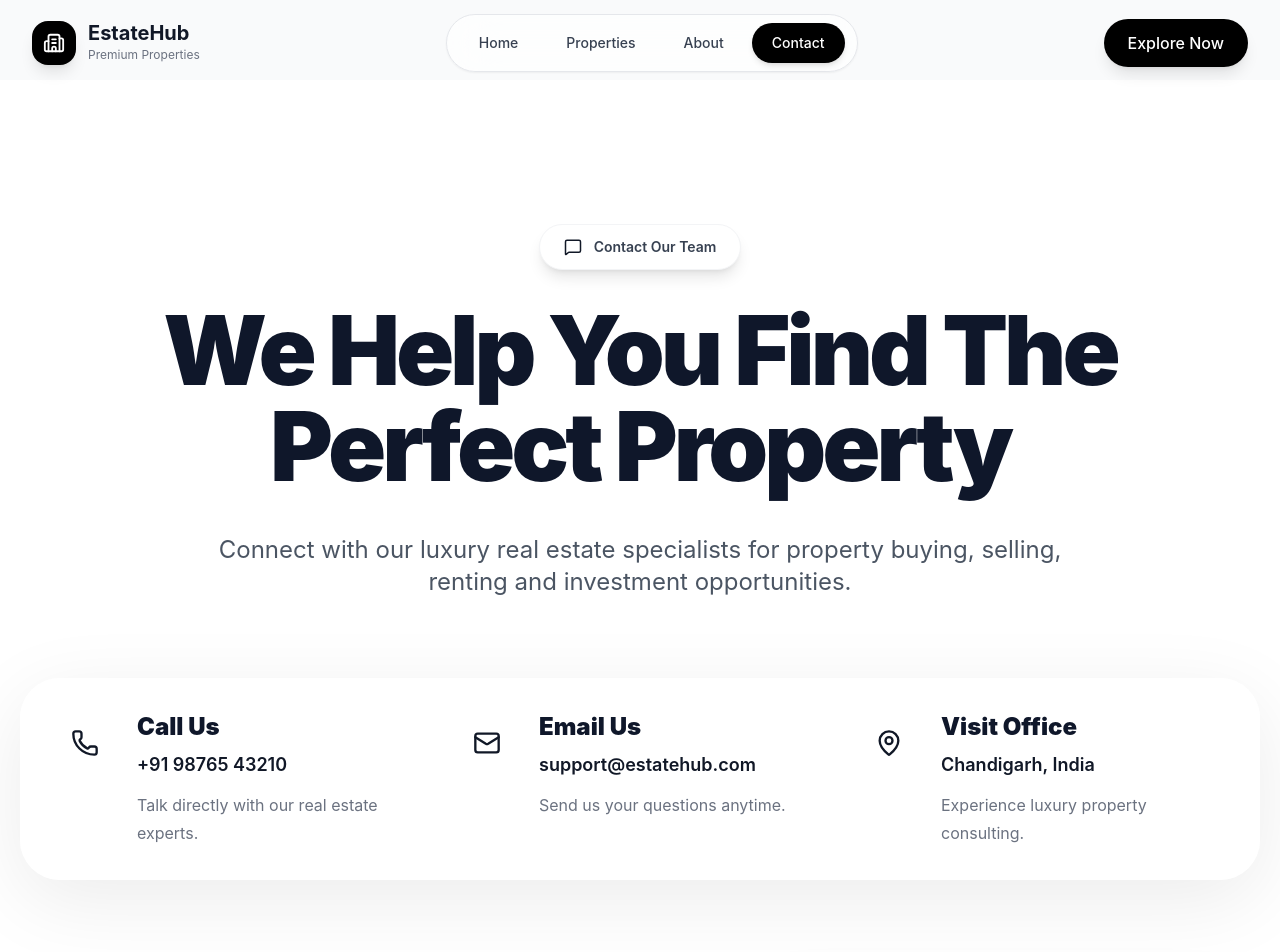
Repository: azoratech1/Real-Estate-Project
Page: /contact (app in website/)
An editor plug-in stored every save of this project. The page is shown before and after the next save, followed by the edit.
The browser window is 1280 px wide. The pictures show the part of the page from y = 0 to 952 px (the page is 3723 px tall before and 3643 px after).
Pictures or frames that could not be fetched are drawn as grey boxes. The project was rebuilt for these pictures with package versions that can differ from the ones it lists, and the page was loaded fresh each time. Also part of the build but not shown: website/vite.config.js, website/src/services/api.js, website/src/components/home/HomeSearch.jsx, website/src/components/home/HeroSection.jsx, website/src/components/property/PropertyCard.jsx, website/src/components/common/Loader.jsx, website/src/components/common/EmptyState.jsx, website/src/components/home/FeaturedProperties.jsx and 6 more.

Above is the page before, as saved 2026-05-13 21:39:14.

### website/index.html
<!DOCTYPE html>
<html lang="en">
  <head>
    <meta charset="UTF-8" />
    <meta name="viewport" content="width=device-width, initial-scale=1.0" />
    <title>React + Vite + Tailwind</title>
  </head>
  <body>
    <div id="root"></div>
    <script type="module" src="/src/main.jsx"></script>
  </body>
</html>

### website/src/pages/Contact.jsx
import {
  Mail,
  Phone,
  MapPin,
  Send,
  ArrowRight,
  MessageSquare,
  Headphones,
  Building2,
  Globe2
} from "lucide-react";

import {
  motion
} from "framer-motion";

import {
  useState
} from "react";

import MainLayout
  from "../components/layout/MainLayout";

function ContactPage() {

  /*
  =====================================
  STATES
  =====================================
  */

  const [formData, setFormData] =
    useState({

      name: "",

      email: "",

      phone: "",

      message: ""
    });

  /*
  =====================================
  HANDLE CHANGE
  =====================================
  */

  const handleChange =
    (e) => {

      setFormData({

        ...formData,

        [e.target.name]:
          e.target.value
      });
    };

  /*
  =====================================
  SUBMIT
  =====================================
  */

  const handleSubmit =
    (e) => {

      e.preventDefault();

      console.log(formData);
    };

  /*
  =====================================
  CONTACT CARDS
  =====================================
  */

  const cards = [

    {
      icon: Phone,
      title: "Call Us",
      value: "+91 98765 43210",
      desc:
        "Talk directly with our real estate experts."
    },

    {
      icon: Mail,
      title: "Email Us",
      value: "support@estatehub.com",
      desc:
        "Send us your questions anytime."
    },

    {
      icon: MapPin,
      title: "Visit Office",
      value: "Chandigarh, India",
      desc:
        "Experience luxury property consulting."
    }
  ];

  return (

    <MainLayout>

      <div
        className="
          bg-[#f8fafc]
          overflow-hidden
        "
      >

        {/* HERO */}

        <section
          className="
            relative
            overflow-hidden
            bg-white
          "
        >

          {/* TOP GRADIENT */}

          <div
            className="
              absolute
              top-0
              left-0
              right-0
              h-[500px]
              bg-gradient-to-br
              from-primary/10
              via-blue-500/5
              to-transparent
            "
          />

          {/* BLUR */}

          <div
            className="
              absolute
              top-20
              left-1/2
              -translate-x-1/2
              w-[700px]
              h-[700px]
              bg-primary/10
              blur-[150px]
              rounded-full
            "
          />

          <div
            className="
              relative
              max-w-7xl
              mx-auto
              px-5
              pt-36
              pb-28
            "
          >

            {/* HEADER */}

            <motion.div

              initial={{
                opacity: 0,
                y: 60
              }}

              animate={{
                opacity: 1,
                y: 0
              }}

              transition={{
                duration: 1
              }}

              className="
                text-center
                max-w-5xl
                mx-auto
              "
            >

              {/* MINI BADGE */}

              <div
                className="
                  inline-flex
                  items-center
                  gap-3
                  bg-white
                  shadow-lg
                  border
                  border-gray-100
                  rounded-full
                  px-6
                  py-3
                  mb-8
                "
              >

                <MessageSquare
                  size={18}
                  className="
                    text-primary
                  "
                />

                <span
                  className="
                    text-sm
                    font-semibold
                    text-gray-700
                  "
                >

                  Contact Our Team

                </span>

              </div>

              {/* TITLE */}

              <h1
                className="
                  text-6xl
                  md:text-8xl
                  font-black
                  tracking-[-4px]
                  leading-[0.95]
                  text-[#0f172a]
                "
              >

                We Help You
                Find The Perfect
                Property

              </h1>

              {/* DESC */}

              <p
                className="
                  text-xl
                  md:text-2xl
                  text-gray-600
                  leading-10
                  mt-10
                  max-w-4xl
                  mx-auto
                "
              >

                Connect with our luxury
                real estate specialists
                for property buying,
                selling, renting and
                investment opportunities.

              </p>

            </motion.div>

            {/* FLOATING CONTACT BAR */}

            <motion.div

              initial={{
                opacity: 0,
                y: 60
              }}

              animate={{
                opacity: 1,
                y: 0
              }}

              transition={{
                duration: 1,
                delay: 0.3
              }}

              className="
                mt-20
                bg-white/80
                backdrop-blur-2xl
                border
                border-white/50
                rounded-[40px]
                p-8
                shadow-[0_20px_80px_rgba(0,0,0,0.08)]
              "
            >

              <div
                className="
                  grid
                  grid-cols-1
                  md:grid-cols-3
                  gap-8
                "
              >

                {
                  cards.map(
                    (
                      item,
                      index
                    ) => {

                      const Icon =
                        item.icon;

                      return (

                        <div

                          key={index}

                          className="
                            flex
                            gap-5
                            items-start
                          "
                        >

                          {/* ICON */}

                          <div
                            className="
                              w-16
                              h-16
                              rounded-2xl
                              bg-primary/10
                              flex
                              items-center
                              justify-center
                              shrink-0
                            "
                          >

                            <Icon
                              size={28}
                              className="
                                text-primary
                              "
                            />

                          </div>

                          {/* CONTENT */}

                          <div>

                            <h3
                              className="
                                text-2xl
                                font-black
                                text-[#0f172a]
                              "
                            >

                              {item.title}

                            </h3>

                            <p
                              className="
                                text-primary
                                font-semibold
                                mt-2
                                text-lg
                              "
                            >

                              {item.value}

                            </p>

                            <p
                              className="
                                text-gray-500
                                mt-3
                                leading-7
                              "
                            >

                              {item.desc}

                            </p>

                          </div>

                        </div>

                      );
                    }
                  )
                }

              </div>

            </motion.div>

          </div>

        </section>

        {/* MAIN SECTION */}

        <section
          className="
            pb-32
          "
        >

          <div
            className="
              max-w-7xl
              mx-auto
              px-5
              grid
              grid-cols-1
              lg:grid-cols-[1fr_520px]
              gap-14
              items-start
            "
          >

            {/* LEFT SIDE */}

            <div
              className="
                space-y-10
              "
            >

              {/* CARD */}

              <motion.div

                initial={{
                  opacity: 0,
                  y: 50
                }}

                whileInView={{
                  opacity: 1,
                  y: 0
                }}

                transition={{
                  duration: 0.7
                }}

                className="
                  relative
                  overflow-hidden
                  rounded-[40px]
                  min-h-[650px]
                "
              >

                <img

                  src="
                    https://images.unsplash.com/photo-1600585154526-990dced4db0d?q=80&w=1800&auto=format&fit=crop
                  "

                  alt="Luxury"

                  className="
                    absolute
                    inset-0
                    w-full
                    h-full
                    object-cover
                  "
                />

                <div
                  className="
                    absolute
                    inset-0
                    bg-gradient-to-t
                    from-black/90
                    via-black/40
                    to-transparent
                  "
                />

                {/* CONTENT */}

                <div
                  className="
                    relative
                    h-full
                    flex
                    flex-col
                    justify-end
                    p-10
                    text-white
                  "
                >

                  <div
                    className="
                      inline-flex
                      items-center
                      gap-3
                      bg-white/10
                      backdrop-blur-xl
                      border
                      border-white/10
                      rounded-full
                      px-5
                      py-3
                      w-fit
                      mb-8
                    "
                  >

                    <Building2
                      size={18}
                    />

                    Luxury Real Estate

                  </div>

                  <h2
                    className="
                      text-5xl
                      font-black
                      leading-tight
                      max-w-2xl
                    "
                  >

                    Premium Property
                    Experience Tailored
                    For You

                  </h2>

                  <p
                    className="
                      text-gray-300
                      text-lg
                      leading-9
                      mt-8
                      max-w-2xl
                    "
                  >

                    Explore verified
                    homes, luxury villas
                    and commercial spaces
                    with our next
                    generation property
                    platform.

                  </p>

                </div>

              </motion.div>

              {/* SMALL CARDS */}

              <div
                className="
                  grid
                  grid-cols-1
                  md:grid-cols-2
                  gap-8
                "
              >

                {/* CARD */}

                <div
                  className="
                    bg-white
                    rounded-[32px]
                    p-8
                    shadow-sm
                    border
                    border-gray-100
                  "
                >

                  <div
                    className="
                      w-16
                      h-16
                      rounded-2xl
                      bg-primary/10
                      flex
                      items-center
                      justify-center
                      mb-6
                    "
                  >

                    <Headphones
                      size={30}
                      className="
                        text-primary
                      "
                    />

                  </div>

                  <h3
                    className="
                      text-3xl
                      font-black
                      text-[#0f172a]
                    "
                  >

                    Dedicated Support

                  </h3>

                  <p
                    className="
                      text-gray-600
                      mt-5
                      leading-8
                    "
                  >

                    Our team is available
                    to guide you
                    throughout your real
                    estate journey.

                  </p>

                </div>

                {/* CARD */}

                <div
                  className="
                    bg-white
                    rounded-[32px]
                    p-8
                    shadow-sm
                    border
                    border-gray-100
                  "
                >

                  <div
                    className="
                      w-16
                      h-16
                      rounded-2xl
                      bg-primary/10
                      flex
                      items-center
                      justify-center
                      mb-6
                    "
                  >

                    <Globe2
                      size={30}
                      className="
                        text-primary
                      "
                    />

                  </div>

                  <h3
                    className="
                      text-3xl
                      font-black
                      text-[#0f172a]
                    "
                  >

                    Pan India Presence

                  </h3>

                  <p
                    className="
                      text-gray-600
                      mt-5
                      leading-8
                    "
                  >

                    Discover properties
                    across premium cities
                    and luxury locations
                    in India.

                  </p>

                </div>

              </div>

            </div>

            {/* FORM */}

            <motion.div

              initial={{
                opacity: 0,
                y: 50
              }}

              whileInView={{
                opacity: 1,
                y: 0
              }}

              transition={{
                duration: 0.7
              }}

              className="
                sticky
                top-28
                bg-white
                rounded-[40px]
                p-8
                md:p-10
                shadow-[0_20px_80px_rgba(0,0,0,0.08)]
                border
                border-gray-100
              "
            >

              {/* HEADER */}

              <div
                className="
                  mb-10
                "
              >

                <h2
                  className="
                    text-4xl
                    font-black
                    text-[#0f172a]
                  "
                >

                  Send A Message

                </h2>

                <p
                  className="
                    text-gray-500
                    mt-4
                    leading-8
                  "
                >

                  Fill out the form and
                  our experts will
                  connect with you soon.

                </p>

              </div>

              {/* FORM */}

              <form
                onSubmit={handleSubmit}
                className="
                  space-y-6
                "
              >

                {/* NAME */}

                <input

                  type="text"

                  name="name"

                  value={formData.name}

                  onChange={handleChange}

                  placeholder="
                    Full Name
                  "

                  className="
                    w-full
                    h-[68px]
                    rounded-2xl
                    border
                    border-gray-200
                    px-5
                    outline-none
                    focus:border-primary
                  "
                />

                {/* EMAIL */}

                <input

                  type="email"

                  name="email"

                  value={formData.email}

                  onChange={handleChange}

                  placeholder="
                    Email Address
                  "

                  className="
                    w-full
                    h-[68px]
                    rounded-2xl
                    border
                    border-gray-200
                    px-5
                    outline-none
                    focus:border-primary
                  "
                />

                {/* PHONE */}

                <input

                  type="text"

                  name="phone"

                  value={formData.phone}

                  onChange={handleChange}

                  placeholder="
                    Phone Number
                  "

                  className="
                    w-full
                    h-[68px]
                    rounded-2xl
                    border
                    border-gray-200
                    px-5
                    outline-none
                    focus:border-primary
                  "
                />

                {/* MESSAGE */}

                <textarea

                  rows="6"

                  name="message"

                  value={formData.message}

                  onChange={handleChange}

                  placeholder="
                    Tell us about your requirement...
                  "

                  className="
                    w-full
                    rounded-2xl
                    border
                    border-gray-200
                    px-5
                    py-5
                    outline-none
                    focus:border-primary
                    resize-none
                  "
                />

                {/* BUTTON */}

                <button
                  type="submit"
                  className="
                    w-full
                    h-[72px]
                    rounded-2xl
                    bg-[#0f172a]
                    text-white
                    font-bold
                    text-lg
                    flex
                    items-center
                    justify-center
                    gap-3
                    hover:scale-[1.02]
                    transition-all
                    duration-500
                    shadow-xl
                  "
                >

                  Send Message

                  <Send size={22} />

                </button>

              </form>

            </motion.div>

          </div>

        </section>

        {/* CTA */}

        <section
          className="
            py-28
            bg-[#0f172a]
            text-white
            relative
            overflow-hidden
          "
        >

          <div
            className="
              absolute
              top-0
              left-1/2
              -translate-x-1/2
              w-[700px]
              h-[400px]
              bg-primary/20
              blur-[140px]
              rounded-full
            "
          />

          <div
            className="
              relative
              max-w-5xl
              mx-auto
              px-5
              text-center
            "
          >

            <h2
              className="
                text-5xl
                md:text-7xl
                font-black
                leading-tight
              "
            >

              Let's Build Your
              Property Future

            </h2>

            <p
              className="
                text-gray-300
                text-xl
                mt-10
                leading-10
                max-w-3xl
                mx-auto
              "
            >

              Discover premium homes,
              luxury apartments and
              investment opportunities
              with our modern real
              estate platform.

            </p>

            <button
              className="
                mt-14
                inline-flex
                items-center
                gap-3
                bg-white
                text-black
                px-10
                py-5
                rounded-2xl
                text-lg
                font-bold
                hover:scale-105
                transition-all
              "
            >

              Explore Properties

              <ArrowRight
                size={22}
              />

            </button>

          </div>

        </section>

      </div>

    </MainLayout>
  );
}

export default ContactPage;

Loaded but not shown: website/src/main.jsx (common file); website/tailwind.config.js (8 lines, source omitted); website/src/components/layout/Footer.jsx (668 lines, source omitted); website/src/components/layout/Navbar.jsx (474 lines, source omitted); website/src/index.css (105 lines, source omitted); website/src/App.jsx (75 lines, source omitted); website/src/components/layout/MainLayout.jsx (42 lines, source omitted)

After the next save:
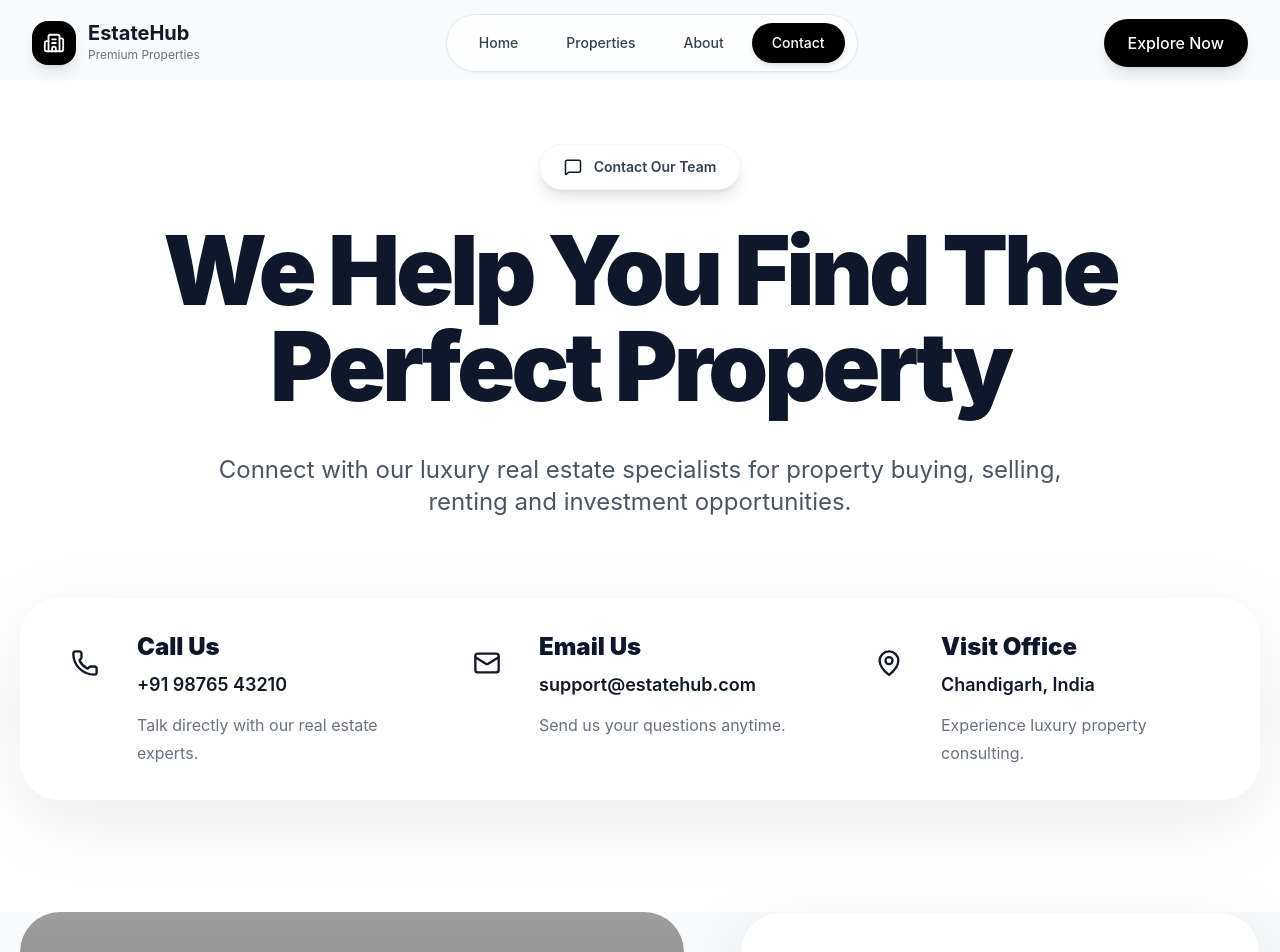
Saved 67 s later.
--- a/website/src/pages/Contact.jsx
+++ b/website/src/pages/Contact.jsx
@@ -165,7 +165,7 @@ function ContactPage() {
               max-w-7xl
               mx-auto
               px-5
-              pt-36
+              pt-16
               pb-28
             "
           >
